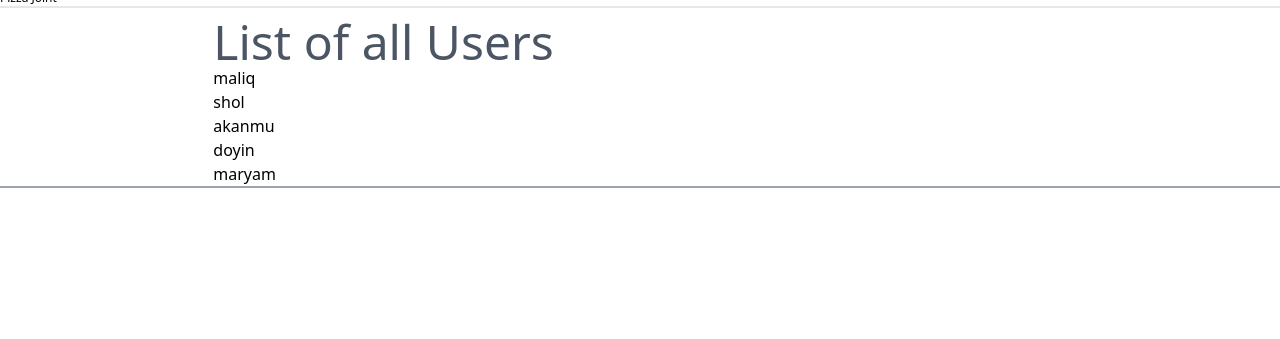
Repository: Marlstergo/listings
Page: / (app in client/)
These files come from the project's save history. The page is drawn as it stood at one moment and after the next save; the edit follows.
The browser window is 1280 px wide. The pictures show the whole page.
The project was rebuilt for these pictures with package versions that can differ from the ones it lists, and the page was loaded fresh each time. Also part of the build but not shown: client/craco.config.js, client/src/components/Loader.js, client/src/components/Order.js, client/src/components/Modal.js. Imported but missing from the stored project, and not drawn on this page: client/src/components/Base, client/src/components/Toppings.

Above is the page before, as saved 2021-07-20 21:53:35.

After the next save:
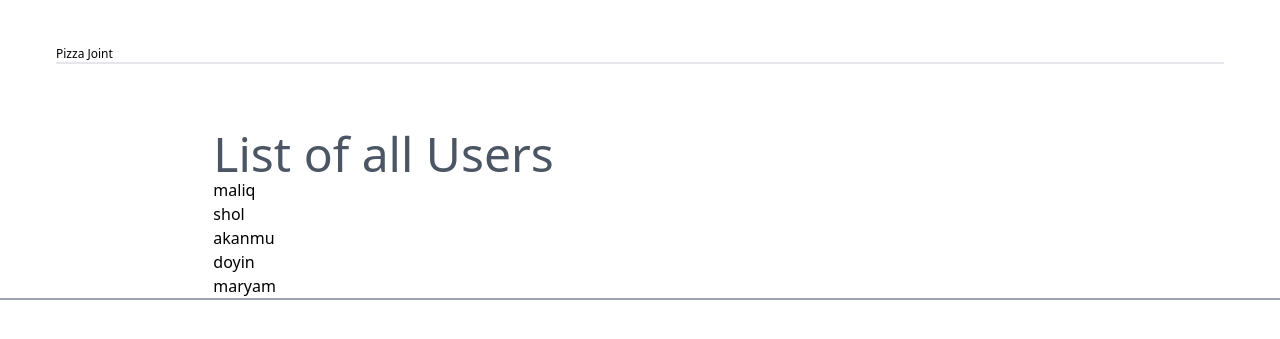
Saved 39 s later.
--- a/client/src/components/Header.js
+++ b/client/src/components/Header.js
@@ -27,7 +27,7 @@ const pathVariants = {
 
 const Header = () => {
   return (
-    <header className='flex p-[40px] items-center'>
+    <header className='flex p-14  items-center'>
       <motion.div className="logo"
         drag
         dragConstraints={{ left: 0, top: 0, right: 0, bottom: 0 }}
